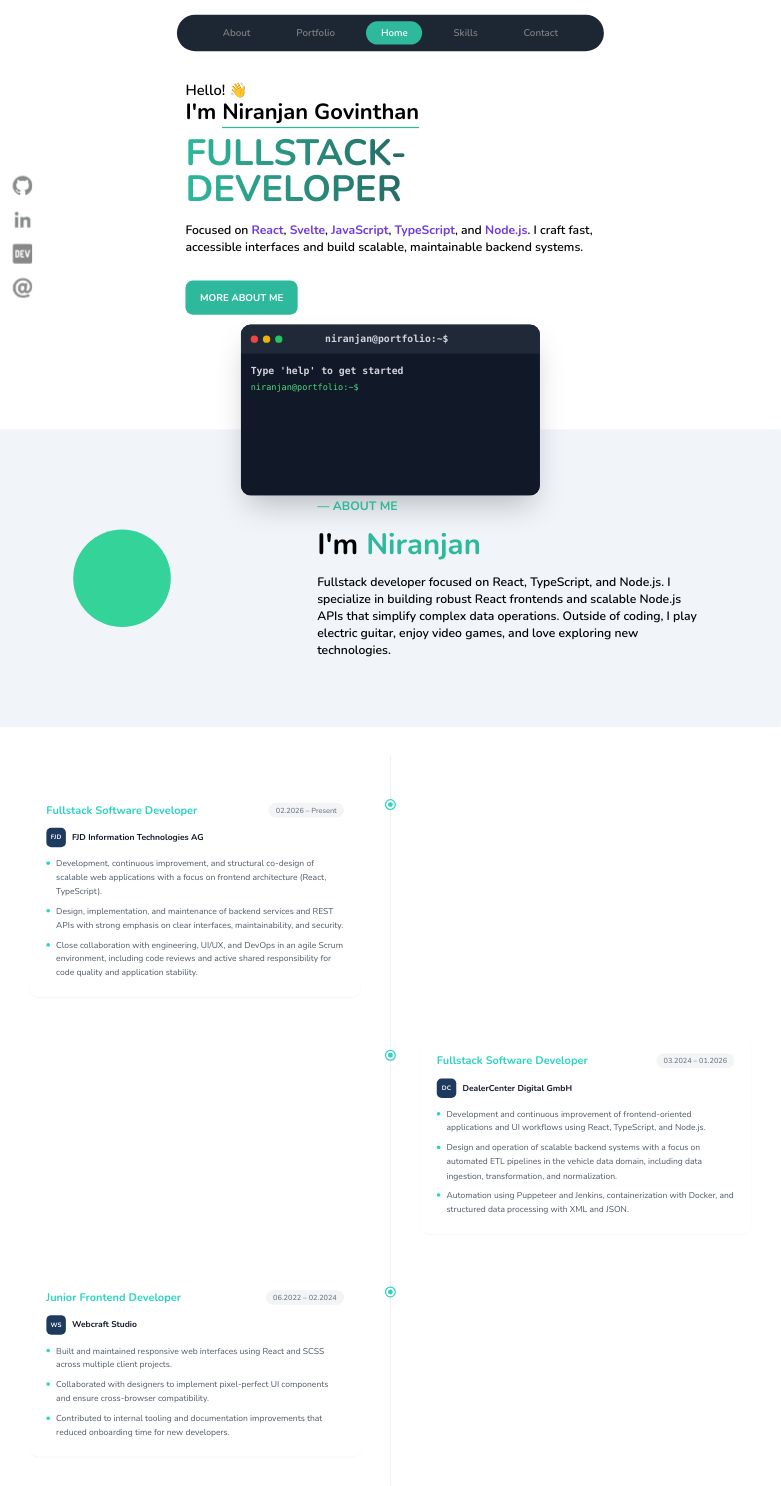
Repository: Niranjan-webdev/My-portfolio
Page: /
The author's editor kept a copy of each file at every save. The page is drawn from the files as they stood at one save, then again after the next save.
The browser window is 1280 px wide. The pictures show the whole page, at 61% of full size.
The project was rebuilt for these pictures with package versions that can differ from the ones it lists, and the page was loaded fresh each time. Also part of the build but not shown: next.config.mjs.

Above is the page before, as saved 2026-03-21 11:11:11.

After the next save:
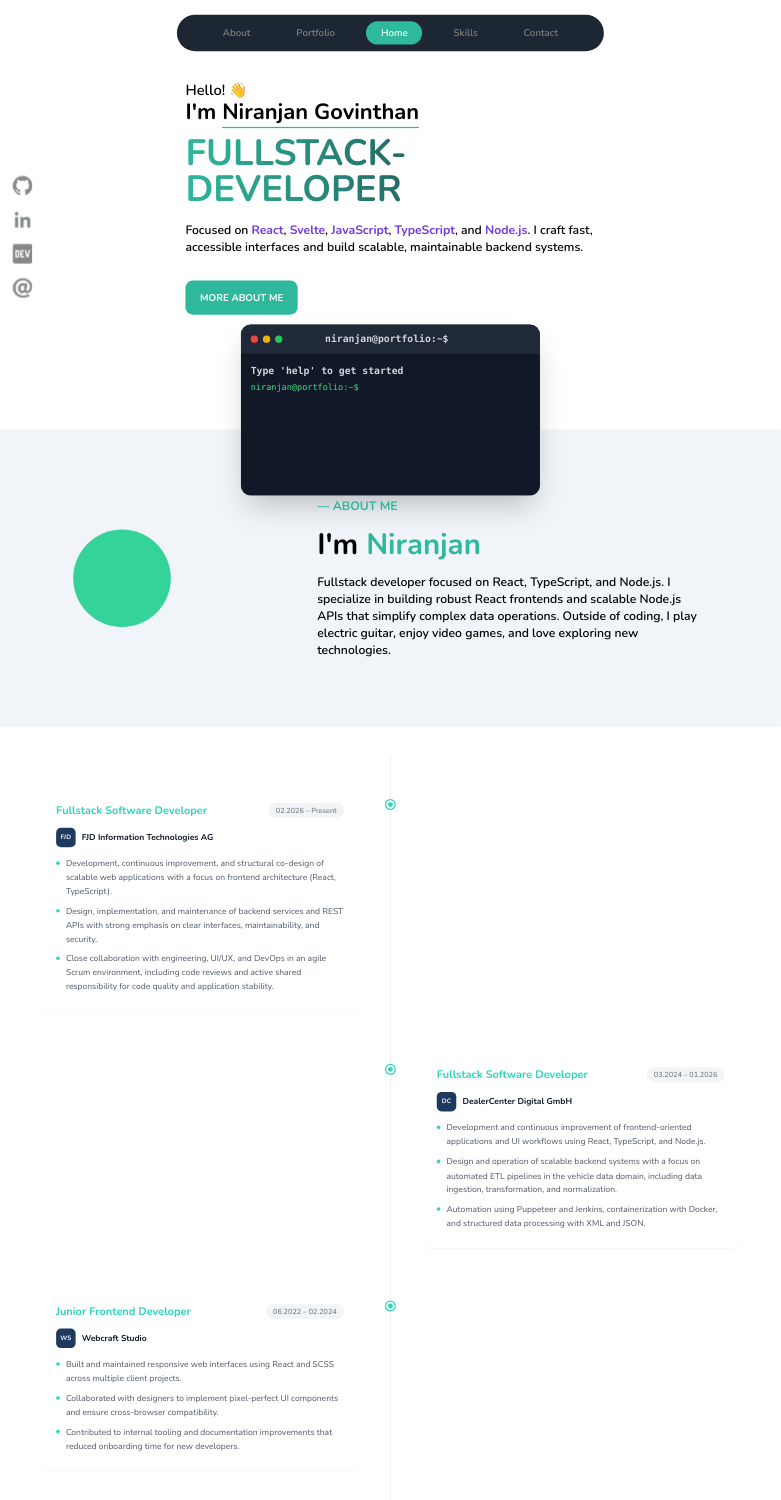
Saved 8 s later.
--- a/src/components/timeLine.js
+++ b/src/components/timeLine.js
@@ -42,7 +42,7 @@ const timelineData = [
 
 function TimeLine() {
   return (
-    <div className="relative w-full py-12 mt-[3rem] px-[3rem]">
+    <div className="relative w-full py-12 mt-[3rem] px-[4rem]">
       {/* Central vertical line */}
       <div className="absolute left-1/2 top-0 bottom-0 w-px bg-gray-200 -translate-x-1/2" />
 
